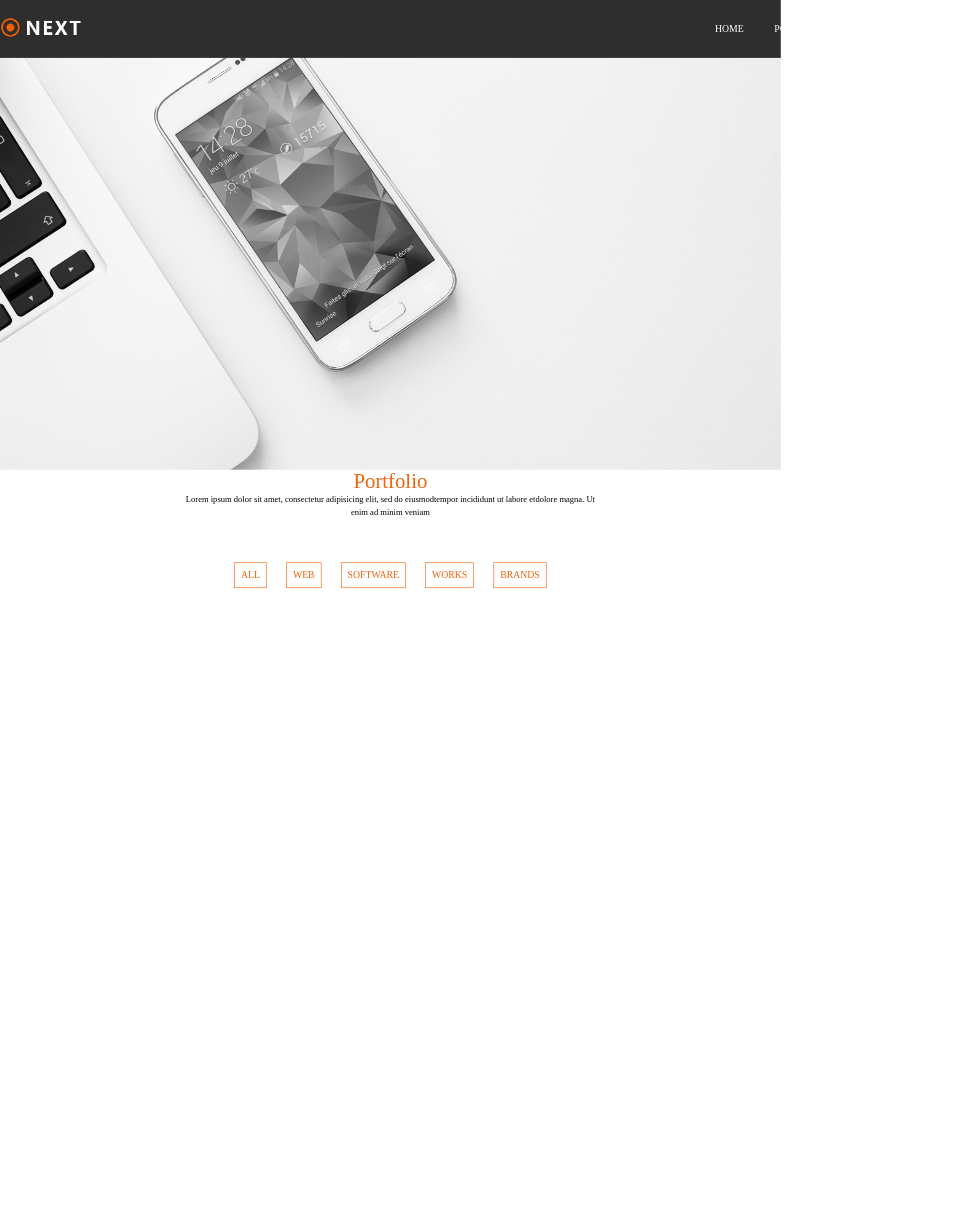
Repository: ScarApocalypse/study
Page: HTML5learning/HTML5作业/index.html
The author's editor kept a copy of each file at every save. The page is drawn from the files as they stood at one save, then again after the next save.
The browser window is 1280 px wide. The page is 1600 px wide, so the pictures cover 1600 px, including what lies to the right of the window. The pictures show the whole page, at 61% of full size.

Above is the page before, as saved 2019-03-20 18:37:18.

After the next save:
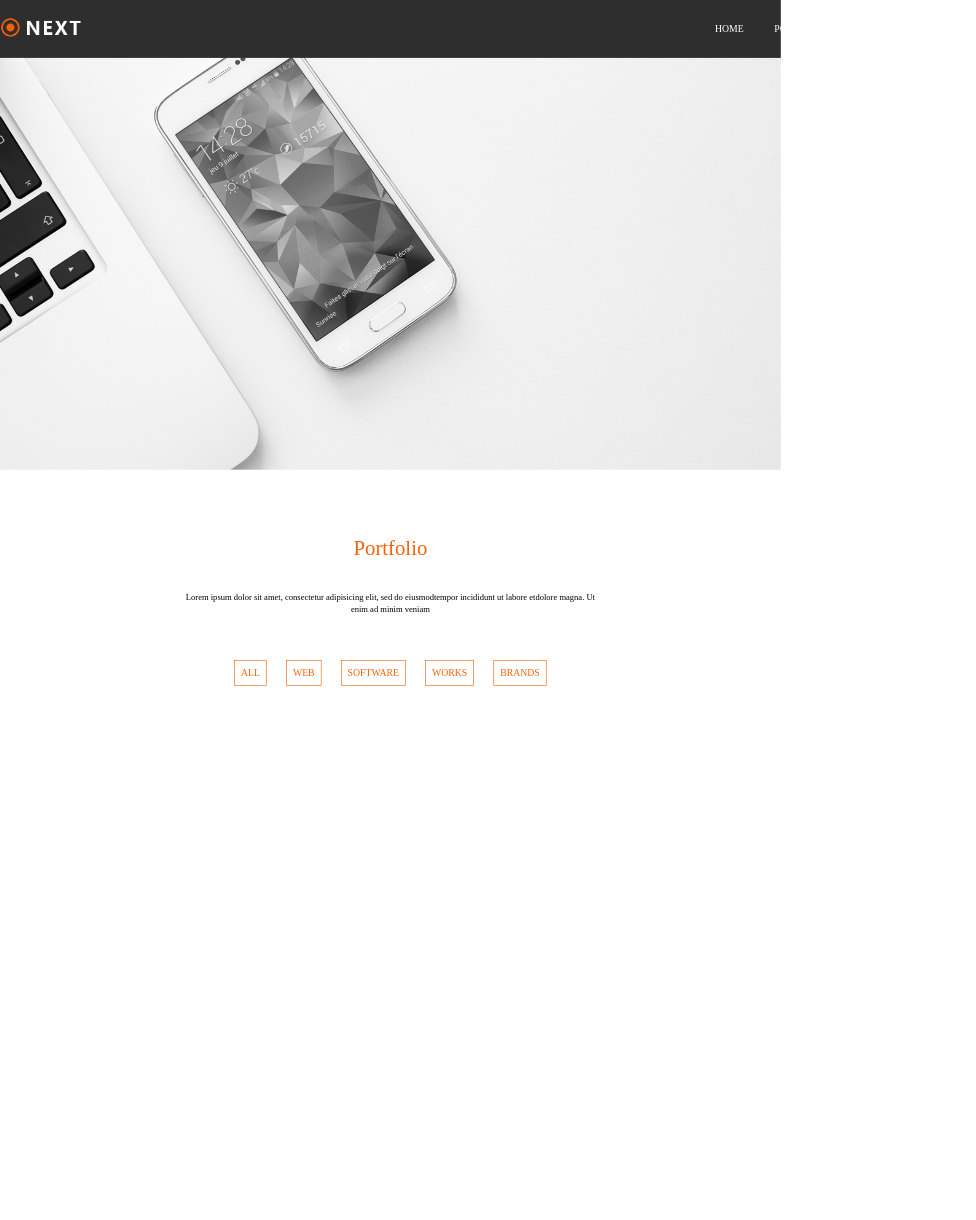
Saved 57 s later.
--- a/HTML5learning/HTML5作业/css/index.css
+++ b/HTML5learning/HTML5作业/css/index.css
@@ -66,7 +66,7 @@ header > .container > nav > a{
     color:#f46208;
     font-size:34px;
     font-weight:500;
-    margin-top:110px 0 50px;
+    margin:110px 0 50px;
 }
 .Portfolio > .container > article >p{
     font-size:14px;
